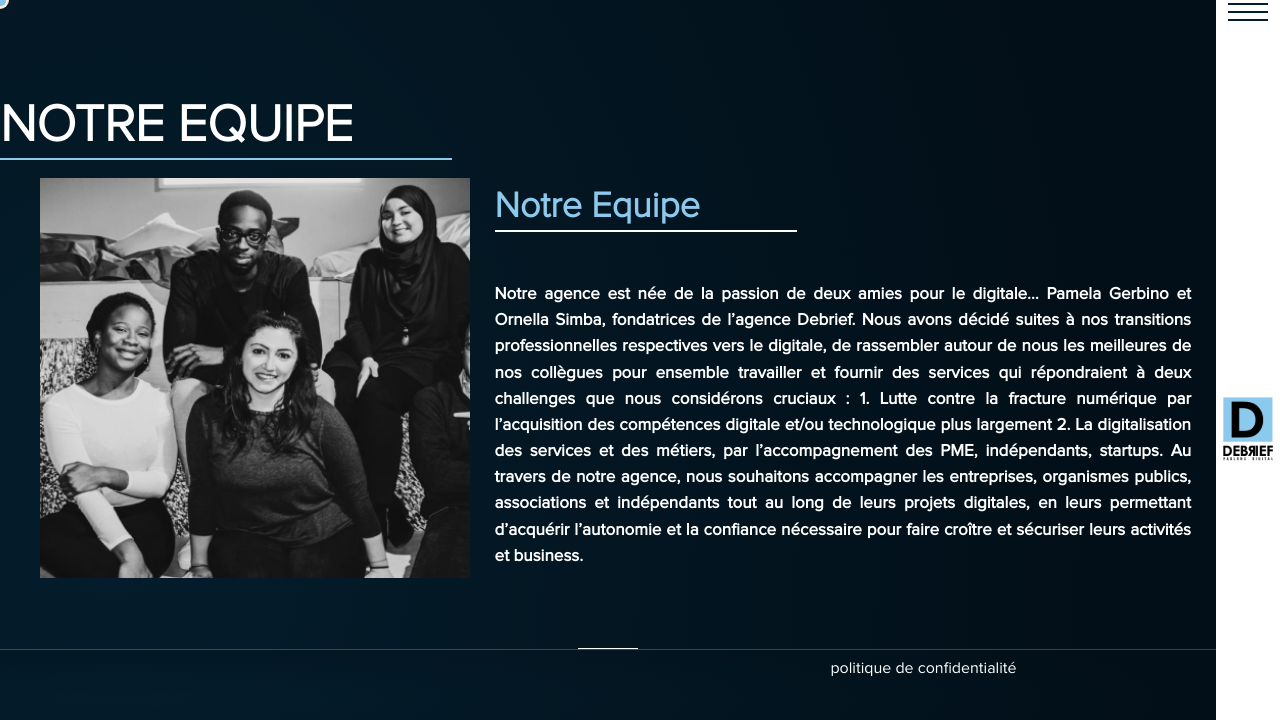
Repository: keloriane/debriefs
Page: /debriefs/a-propos
The author's editor kept a copy of each file at every save. The page is drawn from the files as they stood at one save, then again after the next save.
The browser window is 1280 px wide. The pictures show the whole page.
The project was rebuilt for these pictures with package versions that can differ from the ones it lists, and the page was loaded fresh each time. Also part of the build but not shown: src/components/Title/Title.jsx, src/components/page/Contact/Contact.jsx, src/components/Nav/Nav.jsx, src/components/page/Home/Home.jsx, src/components/page/Service/Services.jsx, src/components/page/Service/ServiceDetails.jsx, src/components/page/Webinaire/Webinaires.jsx, src/components/page/Techspace/Techspace.jsx and 7 more. Imported but missing from the stored project, and not drawn on this page: src/assets/video/video.mp4.

Above is the page before, as saved 2020-07-28 14:13:34.

### public/index.html
<!DOCTYPE html>
<html lang="en">
  <head>
    <meta charset="utf-8" />
    <link rel="icon" href="%PUBLIC_URL%/favicon.ico" />
    <meta name="viewport" content="width=device-width, initial-scale=1" />
    <meta name="theme-color" content="#000000" />
    <meta
      name="description"
      content="Web site created using create-react-app"
    />
    <link rel="apple-touch-icon" href="%PUBLIC_URL%/logo192.png" />
    <link href="https://fonts.googleapis.com/css2?family=Inter:wght@300;400;600;700&display=swap" rel="stylesheet">
    <link rel="manifest" href="%PUBLIC_URL%/manifest.json" />
    <title>React App</title>
  </head>
  <body>
    <noscript>You need to enable JavaScript to run this app.</noscript>
    <div id="root"></div>
  </body>
</html>

### src/App.scss

@import "./assets/style/module/variables.scss";
@import "./assets/style/module/breakpoints.scss";



h2, h3{
  font-family:$proxyL;
}
button{
  color: $white;
}
body,
html {
  user-select: none;
  background: $white;
  overscroll-behavior: none;
  margin: 0;
  font-family: "Proxima";
  -webkit-font-smoothing: antialiased;
  -moz-osx-font-smoothing: grayscale;
}

.container {
  width: 1560px;
  min-width: 1560px;
  margin: 0 auto;
  height: 100%;
  @include media("<=1560px") {
    width: 1280px;
    min-width: 1280px;
  }
  @include media("<=desktop") {
    width: 1080px;
    min-width: 1080px;
  }
  @include media("<=1080px") {
    width: 100%;
    min-width: 100%;
  }
  .row {
    display: flex;
    height: 95%;
    padding: 0 32px;
    @include media("<=phone") {
      padding: 0 16px;
    }
  }
  .v-center {
    align-items: center;
  }
  .space-between {
    justify-content: space-between;
  }
}
.intro-container{
  width: 100vw;
  height: 100vh;
  overflow: hidden;
  display: flex;
  align-items: center;
  justify-content: center;
  background: radial-gradient(80.27% 180.6% at 9.33% 71.2%, #0D0D0D 0%, #041D2C 100%);

}

#loader{
  width: 30vw;
}

path{
  overflow: hidden;
}

a{
  text-decoration: none;
}

.container-fluid {
  width: 95%;
  height: 100%;
  .row {
    display: flex;
    height: 95%;
  }

}
#page{
  background: radial-gradient(80.27% 180.6% at 9.33% 71.2%, #0D0D0D 0%, #020f18 100%);
  width: 100vw;
  height: 100vh;
  background-color: #fff;
  overflow: inherit;
  @include media('<=tablet'){
    height: 100%;
    width: 100%;
  }
}

*{
  padding: 0;
  margin: 0;

}

### src/components/page/Main/Main.jsx
import React,{useState} from "react";
import "./main.scss";

import "./main.scss";
import {teams} from "./team";
import { HomeB } from "../../BreadCrumbs/HomeB";

const Main = () => {

    let [index , setIndex] = useState(0)

    console.log(index);

    const [slide , setSlide] = useState({
        teams: teams,
        team : teams[index]
    })
    console.log(slide);

    const nextSlide = async () => {
        setIndex(index+1)
        setSlide({
            team: teams[index]
        })
        if(index === 2 ){
            setIndex(0)
        }
        // const resetIndex = index === 3;
        // setIndex(resetIndex ? 0 : setIndex(+ 1))
        // setSlide({
        //    team: teams[index]
        // })
    }



    return (
        <>
        <div id="main-about-page">
            <div className="logo-content-about">
                <HomeB />
            </div>
            <div className="about-media-content">
                <div className="title-content">
                    <h2>NOTRE EQUIPE</h2>
                    <div className="underline"></div>
                </div>
                <div className="team-content">

                <div className="image-container">
                    <img src={slide.team.image} alt="" />
                </div>

            <div className="about-text-content">
                <h3 className="about-title">{slide.team.title}</h3>
                <div className="underline-about"></div>
                <p className="about-text">
                   {slide.team.about}
                </p>
            </div>
            </div>

                </div>
        <button onClick={nextSlide}>
            next
        </button>
        </div>
        </>
    )
}
export default Main;

### src/components/page/Footer/Footer.jsx
import React from "react";
import "./footer.scss"

const Footer = () => {
    return (
        <div id="footer">
            <div className="logo-footer">


            </div>
            <div className="links">
            <a href="politique de fonidentialité pdf">politique de confidentialité</a>

            </div>
        </div>
    )
}
export default Footer;

### src/assets/style/module/variables.scss
$white:#ffffff;
$lBlue:#8CCAED;
$dBlue:#041D2C;
$gradient: radial-gradient(80.27% 180.6% at 9.33% 71.2%, #041d2c 0%, #020f18 100%);
$gradientInner: radial-gradient(80.27% 180.6% at 9.33% 71.2%, #041B28 0%, #03141F 100%);
$proxy: "Proxima";
$proxyB: "Proxima-bold";
$proxyL: "Proxima-light";


@font-face {
    font-family: "Proxima";
    src: url("./../../fonts/ProximaNova-Regular.otf") format("opentype"),


}

@font-face {
    font-family: "Proxima-bold";
    src: url("./../../fonts/ProximaNova-Bold.otf") format("opentype"),
}
@font-face {
    font-family: "Proxima-light";
    src: url("./../../fonts/ProximaNova-Light.otf") format("opentype"),
}

### src/components/page/Main/main.scss
//head
@import "./../../../assets/style/module/variables.scss";
@import "./../../../assets/style/module/breakpoints.scss";

.logo-content-about{
  svg{

    @include media("<=1365px"){
      display: none;
    }
  }
}


#main-about-page {
  display: flex;
  color: $white;
  justify-content: space-around;
  width: 95vw;
  height: 100vh;
  align-items: center;
  background: $gradient;
  flex-wrap: wrap;
  @include media("<=tablet"){
    height: 100%;
  }
  .about-media-content{
    display: flex;
    flex-flow: column;
    height: 490px;
    justify-content: space-around;
    .team-content{
      display: flex;

    }
    .image-container{
      margin-left: 40px;
      display: flex;
      align-items: center;
      @include media("<=tablet"){
        margin-left: 0;
      }
      img{
        height: 100%;
        filter: saturate(0);
        height: 400px;
      }
    }

    h2 {
      font-size: 52px;
      line-height: 63px;
      color: #FFFFFF;
      @include media("<=tablet"){
        font-size: 4vw;
      }
    }

  }



  .about-text-content {
    max-width: 700px;
    width: 100%;
    padding:25px;
    p{
      text-align: justify;
    }

    .underline-about {
      width: 100%;
      max-width: 300px;
      border: .5px solid #FFFFFF;
    }

    .about-title {
      font-weight: 600;
      font-size: 36px;
      line-height: 45px;

      color: $lBlue;
    }

    .about-text {
      margin-top: 50px;
      font-weight: 600;
      font-size: 17px;
      line-height: 154.3%;
      /* or 25px */


      color: #FFFFFF;

    }
  }

}

### src/components/Cursor/cursor.scss
@import "./../../assets//style/module/easing.scss";
@function rem($pixel) {
    @return $pixel/16+rem;
}
$desktop: 1920px;
.c-cursor {
    height: rem(18);
    position: fixed;
    left: rem(-9);
    top: rem(-9);
    z-index: 9;
    width: rem(18);
    display: flex;
    justify-content: center;
    align-items: center;
    transition: 1s cubic-bezier(0.19, 1, 0.22, 1);
    pointer-events: none;
    backface-visibility: hidden;
    mix-blend-mode: difference;
    &:before {
        // border: 1px solid hsla(0, 0%, 83%, 1);
        background-color: #ffffff;
        border-radius: 50%;
        height: 100%;
        content: "";
        width: 100%;
        position: absolute;
        left: 0;
        top: 0;
        mix-blend-mode: difference;
        .is-hover & {
            mix-blend-mode: difference;
            transform: scale(2.5);
            transition: all 0.3s $easeOutQuad;
        }
    }
}

button {
    height: 40px;
    width: 60px;
}

#box-css {
    animation: slidein 20s infinite;
}

@keyframes slidein {
    from {
        transform: translateX(-500px);
    }
    to {
        transform: translateX(1000px);
    }
}

#inner-cursor {
    height: 10px;
    position: fixed;
    z-index: 10;
    width: 10px;
    display: flex;
    left: -0.25rem;
    top: -0.25rem;
    justify-content: center;
    align-items: center;
    background-color: #85C3E6;
    border-radius: 100%;
    pointer-events: none;
    &:before {
        background-color: #85C3E6;
        border-radius: 50%;
        height: 100%;
        width: 100%;
        position: absolute;
        left: 10;
        top: 10;
        .is-hover & {
            border: 1px solid hsla(274, 100%, 50%, 1);
            transform: scale(2.5);
        }
    }
}

### src/components/page/Service/services.scss
@import "./../../../assets//style//module/variables.scss";
@import "./../../../assets//style//module/breakpoints.scss";
#services {
  background: $gradient;
  width: 95vw;
  height: 100vh;
  display: flex;
  align-items: center;
  .logo-bread{
    margin-left: 40px;
  }
  .logo-layer{
    margin-left: 50px;
  }
  @include media('<=652px'){
    height: 100%;
  }
  @include media('<=phone'){
    height: 100%;
    width: 320px;
    margin: 0 auto;
    background:none;
  }

  .service-container {
    margin: 0 auto;
  }
  .title-service {
    max-width: 409px;
    height: 88px;
    h2 {
      font-family: "Proxima";
      font-style: normal;
      font-weight: 600;
      font-size: 52px;
      line-height: 63px;
      color: #ffffff;
      text-transform: uppercase;
    }
  }
  .services-grid {
    width: 100%;
    max-width: 800px;
    margin: 0 auto;
    display: flex;

    flex-wrap: wrap;
    justify-content: space-around;
    align-items: center;
    @include media('<=phone'){
      height: 100%;
      width: 320px;
      margin: 0 auto;
    }

    .service-item {
      width: 310px;
      height: 165px;
      display: flex;
      flex-flow: column;
      justify-content: space-around;
      margin-top: 45px;
      .number {
        align-self: flex-end;
      }
      .headline-service {
        display: flex;
        justify-content: space-between;
        h3 {
          font-style: normal;
          font-weight: bold;
          font-size: 21px;
          line-height: 26px;
          color: #ffffff;
        }
      }
      p {
        font-family: "Proxima";
        font-style: normal;
        font-weight: 500;
        font-size: 18px;
        line-height: 22px;

        color: #fcfcfc;
      }
      .underline-service {
        width: 269px;
        border: 0.5px solid white;
      }
    }
  }
}

### src/components/page/Webinaire/webinaires.scss
@import "./../../../assets/style/module/variables.scss";
@import "./../../../assets/style/module/breakpoints.scss";


#webinaire {
    width: 100vw;
    background: $gradient;

    position: relative;

    .timeline {
        height: 100%;
        width: 1px;
        margin: auto;
        top: 0;
        position: absolute;
        left: 50%;
        transform: translate( -50%);
        background-color: white;
    }

    #webinaire-page {
        width: 891px;
        margin: 0 auto;
        display: flex;
        flex-flow: column;
        position: relative;

        .webinaire-item {
            display: flex;
            position: relative;
            align-items: center;
            justify-content: space-between;
            width: 470px;
            height: 320px;


            &.reverse {
                align-self: flex-end;
                flex-flow: row-reverse;

                .timeline-dot {
                    justify-self: flex-start;

                    .webinaire-image {
                        img {
                            right: -14px;
                        }

                    }
                }
            }

            .webinaire-image {
                img {
                    max-width: 250px;
                    width: 100%;
                    position: absolute;
                    right: 100px;
                    top: 77px;


                }
            }

            .webinaire-content {
                position: relative;
                z-index: 1;

                h3 {
                    font-family: "Proxima";
                    font-style: normal;
                    font-weight: 600;
                    font-size: 29px;
                    line-height: 35px;
                    color: #FFFFFF;
                }

                .webinaire-credits {
                    font-family: "Proxima";
                    font-style: normal;
                    font-weight: 600;
                    font-size: 17px;
                    line-height: 21px;
                    color: $lBlue;
                }

                .webinaire-date {
                    font-size: 15px;
                    line-height: 16px;
                    color: #BFBFBF;
                }
            }

            .timeline-dot {
                width: 50px;
                height: 50px;
                background-color: #fff;
                border-radius: 100%;
            }
        }
    }
}

### src/components/MenuBox/menu.scss
@import "./../../assets/style/module/variables.scss";

  .menu-box {
    width: 100%;
    height: 100vh;
    overflow: hidden;
    position: fixed;
    display: grid;
    top: 0;
    left: 0;
    grid-template-columns: 20% 30% 50%;
    grid-template-rows: 60% 40%;
    grid-template-areas:
      "item3 item2 item1"
      "item4 item4 item1";
    z-index: 0;
    display:grid;
      .menu__item {
          overflow: hidden;

          &.menu__item1 {

              background: $dBlue;
              grid-area: item1;
              transform: translateY(-100%);
            }
            &.menu__item2 {
                background: $dBlue;

                transform: translateX(-170%);
                grid-area: item2;
            }
            &.menu__item3 {
                background: $white;

                transform: translateX(-100%);
                grid-area: item3;
            }
            &.menu__item4 {
                background: $lBlue;
                grid-area: item4;
                transform: translateX(-100%);

            }
            &.menu__item5 {
                background: $white;
                grid-area: item5;



            }
        }

      .menu__item-inner {
        display: flex;
        flex-direction: column;

        align-items: center;
        height: 100%;
        a {
          font-size: 2vw;
          overflow: visible;
          margin: 0.5rem 0;
          padding: 0 0.5rem;
          position: relative;
          transition: color 0.3s;
          color: $white;
          &:hover{
              color: $lBlue;
          }

        }
      }
    }




// .menu-box {
//     text-align: center;
//     width: 100%;
//     height: 100vh;
//     overflow: hidden;
//     position: fixed;
//     top: 0;
//     left: 0;
//     z-index: 200;
//     display: grid;
//     grid-template-columns: 100%;
//     grid-template-rows: repeat(3,33.33%);
//     pointer-events: none;
// }

### src/components/page/Footer/footer.scss
@import "./../../../assets/style/module/variables.scss";

#footer{
    height: 50px;
    border-top: 1px solid rgba(133, 195, 230, 0.31);
    position: fixed;
    bottom: 0;
    width: 100%;
    background: $gradient;
    padding: 10px;
    display: flex;
    justify-content: space-around;
    a{
        color: white;
    }
    img{
        width: 60px;
    }
}

### src/components/page/Blog/Blog.scss
@import "./../../../assets/style/module/variables.scss";
@import "./../../../assets/style/module/breakpoints.scss";

#blog {
  width: 100vw;
  height: 100%;
  background: $gradient;
  color: $white;
  display: flex;
  align-items: center;
  .underline{
      margin-top: 5px;
      width: 180px;
  }
  .inner-blog{
      width: 1240px;
      height: 700px;

      margin: 0 auto;
      .blog-wrapper {
        margin-top: 50px;
        width: 100%;
        height: 100%;
        display: flex;
        flex-wrap: wrap;
        justify-content: space-around;
        overflow-y: scroll;

        .blog-article {
          background: radial-gradient(
            80.27% 180.6% at 9.33% 71.2%,
            #0d0d0d 0%,
            #041d2c 100%
            );
            overflow: hidden;
          border: 0.5px solid #d7d7d7;
          box-sizing: border-box;
          border-radius: 40px 0px;
          max-width: 450px;
          width: 100%;
          height: 620px;
          margin-bottom: 40px;
          .image-article-container{
              max-height: 255px;
              overflow: hidden;
          }
          .article-headline {
            display: flex;
            height: 20px;
            align-items: center;
            justify-content: space-between;
            padding: 10px;
            .article-title {
              font-family: $proxyL;
              font-size: 24px;
              line-height: 154.3%;
              font-weight: 200;
              /* or 37px */

              color: #ffffff;

            }
            .article-time{
                font-size: 10px;
            }
        }
                .article-content {
                    padding: 24px;
                    p{
                        text-align: justify;
                        font-size: 16px;
                        line-height: 154.3%;
    /* or 25px */
                    }
                }
          img {
            width: 100%;
            filter: saturate(0%);
          }
        }
      }
  }
}

### src/components/page/Dcg/dcg.scss
@import "./../../../assets/style/module/variables.scss";
@import "./../../../assets/style/module/breakpoints.scss";

#digital-career-center {
  width: 95vw;
  height: 100vh;
  background-color: $white;
  .inner-container {
    display: flex;
    max-width: 1280px;
    width: 100%;
    height: 100%;
    justify-content: space-around;
    align-items: center;
    flex-flow: wrap;
    margin: 0 auto;
    .dcg-image-container {
      .inner-image {
        max-width: 589px;
        width: 100%;
        height: 366px;
        position: relative;
      }
      .inner-image {
          .bus{
            position: absolute;
            bottom: -61px;
            right: -20px;
          }
      }
    }
    .inner-text-content {
      .title-back-layer {
        position: absolute;
        left: 29%;
        background-color: $dBlue;
        height: 50px;
        display: flex;
        align-items: center;
        margin-bottom: 20px;
        top: 31%;
        // width: 272px;
        padding: 10px;
        overflow: hidden;
        h2 {
          text-transform: uppercase;
          color: $white;
          font-size: 45px;
        }
        @include media("<=tablet") {
          position: relative;
          display: block;
          left: 0;
          top: 0;
        }
      }
      .text-inner-content {
        width: 100%;
        max-width: 616px;
        margin-top: 50px;
        p {
          font-weight: 300;
          font-size: 16px;
          line-height: 175.9%;
          /* or 28px */

          text-align: justify;
          letter-spacing: 0.05em;
        }
      }
    }
  }
}

### src/components/Title/title.scss
@import "./../../assets/style/module/variables.scss";
@import "./../../assets/style/module/breakpoints.scss";
.title-container{
    display: flex;
    flex-flow: column;
    justify-content: space-around;

    h2{
        font-size: 52px;
        color: white;
        @include media('<=phone'){

            margin: 0 auto;
            font-size: 20px;

          }
    }
    .underline{

        width: 100%;
        max-width: 340px;
    }


}

### src/components/Nav/nav.scss
@import "./../../assets/style/module/variables.scss";
.home-nav {
    ul {
        display: flex;
        justify-content: space-around;
        align-items: center;

        li {
            list-style: none;

            a {
                font-family: "Proxima";
                font-style: normal;
                font-weight: bold;
                font-size: 18px;
                line-height: 175.9%;
                /* or 32px */
                text-align: center;
                letter-spacing: 0.05em;
                color: $white;
                text-transform: uppercase;
                text-decoration: none;
            }

            button {
                position: relative;
                width: 169px;
                height: 49px;
                border: 1px solid $white;
                box-sizing: border-box;
                background: none;
                text-transform: uppercase;
                font-weight: bold;
                    color: $white;

            }
        }
    }
}

### src/assets/style/module/easing.scss
$linear: cubic-bezier(0.250, 0.250, 0.750, 0.750);
$ease: cubic-bezier(0.250, 0.100, 0.250, 1.000);
$ease-in: cubic-bezier(0.420, 0.000, 1.000, 1.000);
$ease-out: cubic-bezier(0.000, 0.000, 0.580, 1.000);
$ease-in-out: cubic-bezier(0.420, 0.000, 0.580, 1.000);
$easeInQuad: cubic-bezier(0.550, 0.085, 0.680, 0.530);
$easeInCubic: cubic-bezier(0.550, 0.055, 0.675, 0.190);
$easeInQuart: cubic-bezier(0.895, 0.030, 0.685, 0.220);
$easeInQuint: cubic-bezier(0.755, 0.050, 0.855, 0.060);
$easeInSine: cubic-bezier(0.470, 0.000, 0.745, 0.715);
$easeInExpo: cubic-bezier(0.950, 0.050, 0.795, 0.035);
$easeInCirc: cubic-bezier(0.600, 0.040, 0.980, 0.335);
$easeInBack: cubic-bezier(0.600, -0.280, 0.735, 0.045);
$easeOutQuad: cubic-bezier(0.250, 0.460, 0.450, 0.940);
$easeOutCubic: cubic-bezier(0.215, 0.610, 0.355, 1.000);
$easeOutQuart: cubic-bezier(0.165, 0.840, 0.440, 1.000);
$easeOutQuint: cubic-bezier(0.230, 1.000, 0.320, 1.000);
$easeOutSine: cubic-bezier(0.390, 0.575, 0.565, 1.000);
$easeOutExpo: cubic-bezier(0.190, 1.000, 0.220, 1.000);
$easeOutCirc: cubic-bezier(0.075, 0.820, 0.165, 1.000);
$easeOutBack: cubic-bezier(0.175, 0.885, 0.320, 1.275);
$easeInOutQuad: cubic-bezier(0.455, 0.030, 0.515, 0.955);
$easeInOutCubic: cubic-bezier(0.645, 0.045, 0.355, 1.000);
$easeInOutQuart: cubic-bezier(0.770, 0.000, 0.175, 1.000);
$easeInOutQuint: cubic-bezier(0.860, 0.000, 0.070, 1.000);
$easeInOutSine: cubic-bezier(0.445, 0.050, 0.550, 0.950);
$easeInOutExpo: cubic-bezier(1.000, 0.000, 0.000, 1.000);
$easeInOutCirc: cubic-bezier(0.785, 0.135, 0.150, 0.860);
$easeInOutBack: cubic-bezier(0.680, -0.550, 0.265, 1.550);

Loaded but not shown: src/index.js (common file); src/index.css (common file); src/serviceWorker.js (common file); src/App.js (104 lines, source omitted); src/components/page/Main/team.js (26 lines, source omitted); src/functions/Animation.js (104 lines, source omitted); src/components/Cursor/Cursor.js (55 lines, source omitted); src/components/Loader/Loader.jsx (42 lines, source omitted); src/components/page/Home/home.scss (379 lines, source omitted); src/assets/style/module/breakpoints.scss (329 lines, source omitted); src/view/Menu/Menu.jsx (127 lines, source omitted); src/components/page/Service/ServiceDetails.scss (230 lines, source omitted); src/components/Header/Header.jsx (138 lines, source omitted); src/components/page/Contact/contact.scss (182 lines, source omitted); src/view/Menu/menu.scss (184 lines, source omitted); src/components/BreadCrumbs/HomeB.jsx (51 lines, source omitted); src/components/Header/header.scss (103 lines, source omitted); src/components/page/Techspace/techspace.scss (155 lines, source omitted)

After the next save:
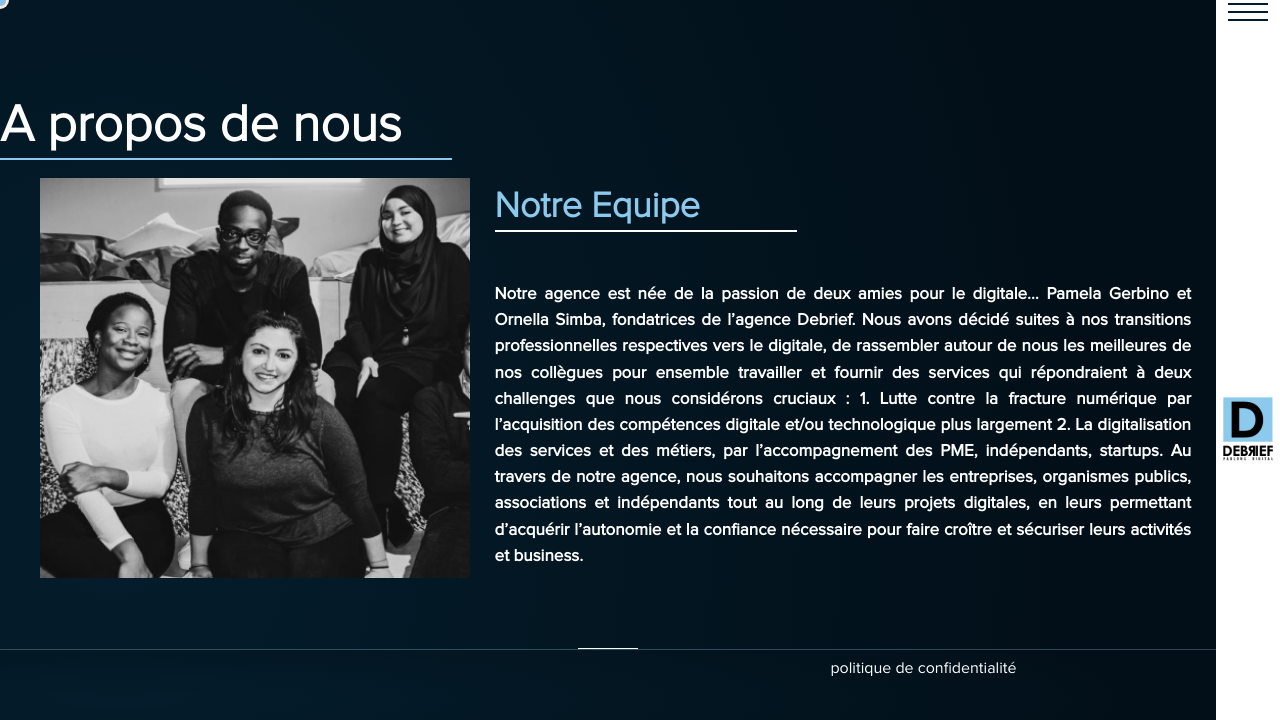
Saved 3 min 37 s later.
--- a/src/components/page/Main/Main.jsx
+++ b/src/components/page/Main/Main.jsx
@@ -42,7 +42,7 @@
             </div>
             <div className="about-media-content">
                 <div className="title-content">
-                    <h2>NOTRE EQUIPE</h2>
+                    <h2>A propos de nous</h2>
                     <div className="underline"></div>
                 </div>
                 <div className="team-content">
